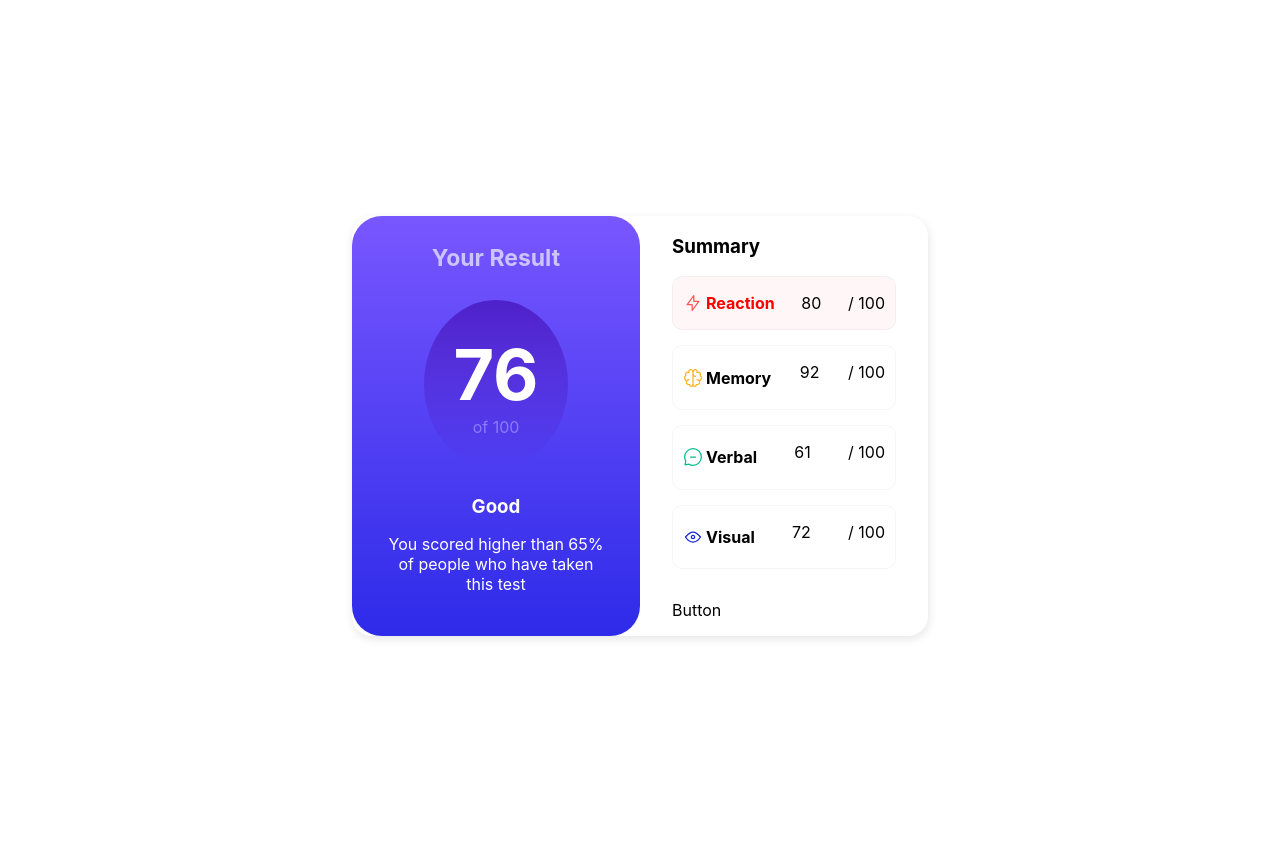
Repository: JeanPaulBassil/Result-Summary-Design
Page: /
The author's editor kept a copy of each file at every save. The page is drawn from the files as they stood at one save, then again after the next save.
The browser window is 1280 px wide. The pictures show the whole page.
The project was rebuilt for these pictures with package versions that can differ from the ones it lists, and the page was loaded fresh each time.

Above is the page before, as saved 2023-02-24 17:51:23.

After the next save:
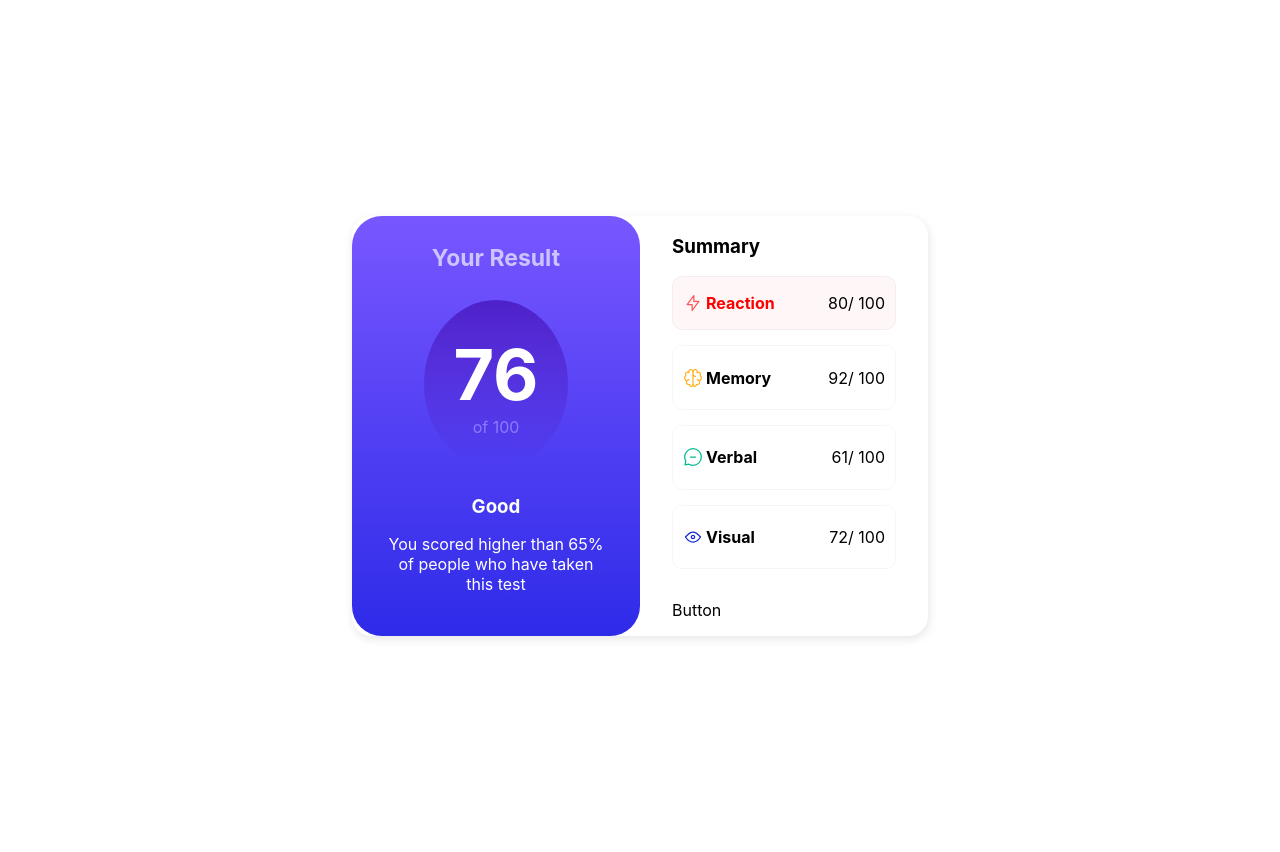
Saved 11 s later.
--- a/src/Components/Summary/Summary.js
+++ b/src/Components/Summary/Summary.js
@@ -9,8 +9,10 @@ export default function Summary() {
                     <img className="icon" src={part.icon} alt={part.category}/>
                     <h4>{part.category}</h4>
                 </div>
-                <p>{part.score}</p>
-                <p>/ 100</p>
+                <div>
+                    <p>{part.score}</p>
+                    <p>/ 100</p>
+                </div>
             </div>
         )
     })
